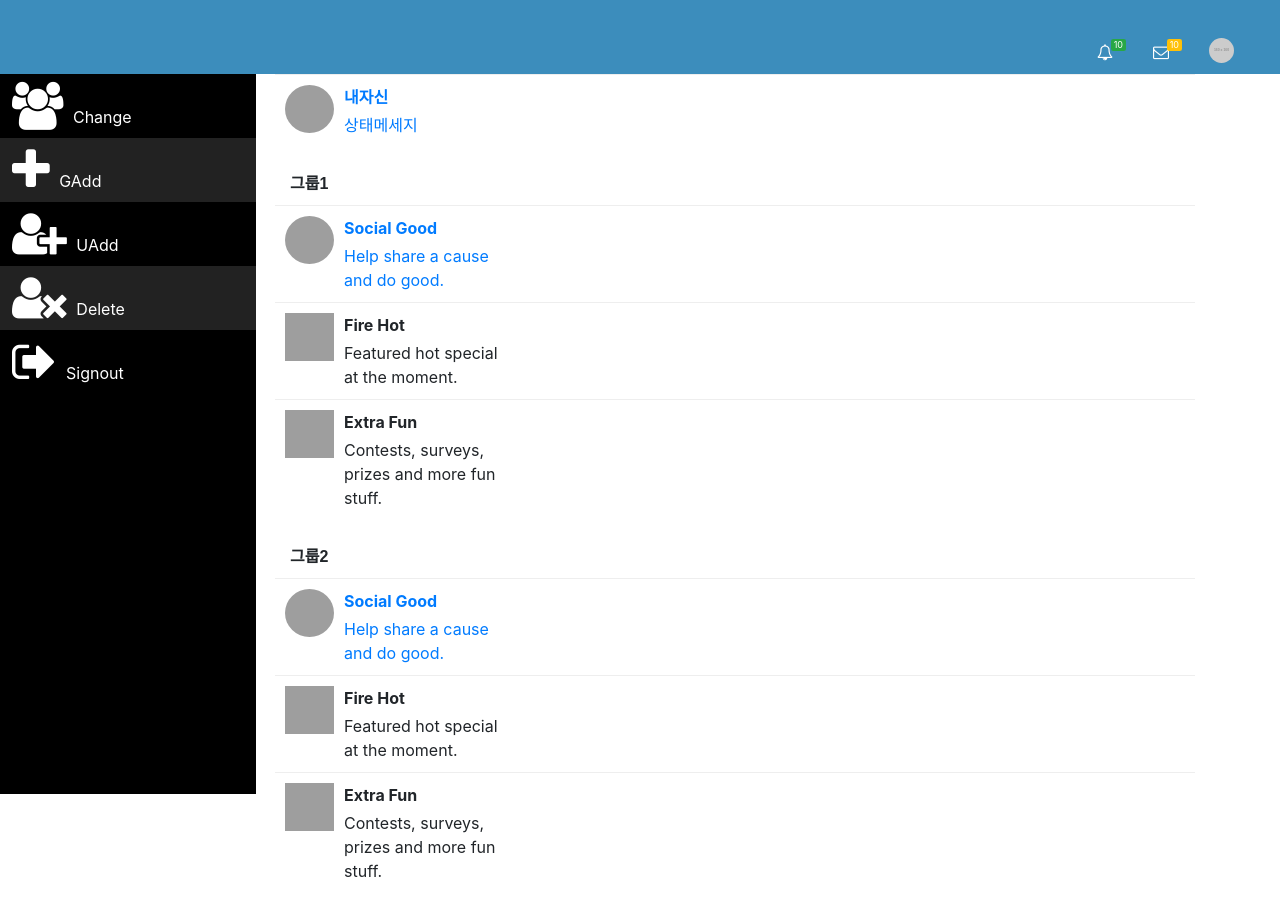
Repository: lukawitch/graduatedchat
Page: http://localhost/Graduated/WEB-INF/views/personal.jsp
The author's editor kept a copy of each file at every save. The page is drawn from the files as they stood at one save, then again after the next save.
The browser window is 1280 px wide. The pictures show the whole page.
Pictures or frames that could not be fetched are drawn as grey boxes. The page is served by Tomcat 9. Nobody is signed in. The template is opened directly, without the code that normally fills it, so the values that code supplies are empty.

Above is the page before, as saved 2019-05-23 03:51:17.

After the next save:
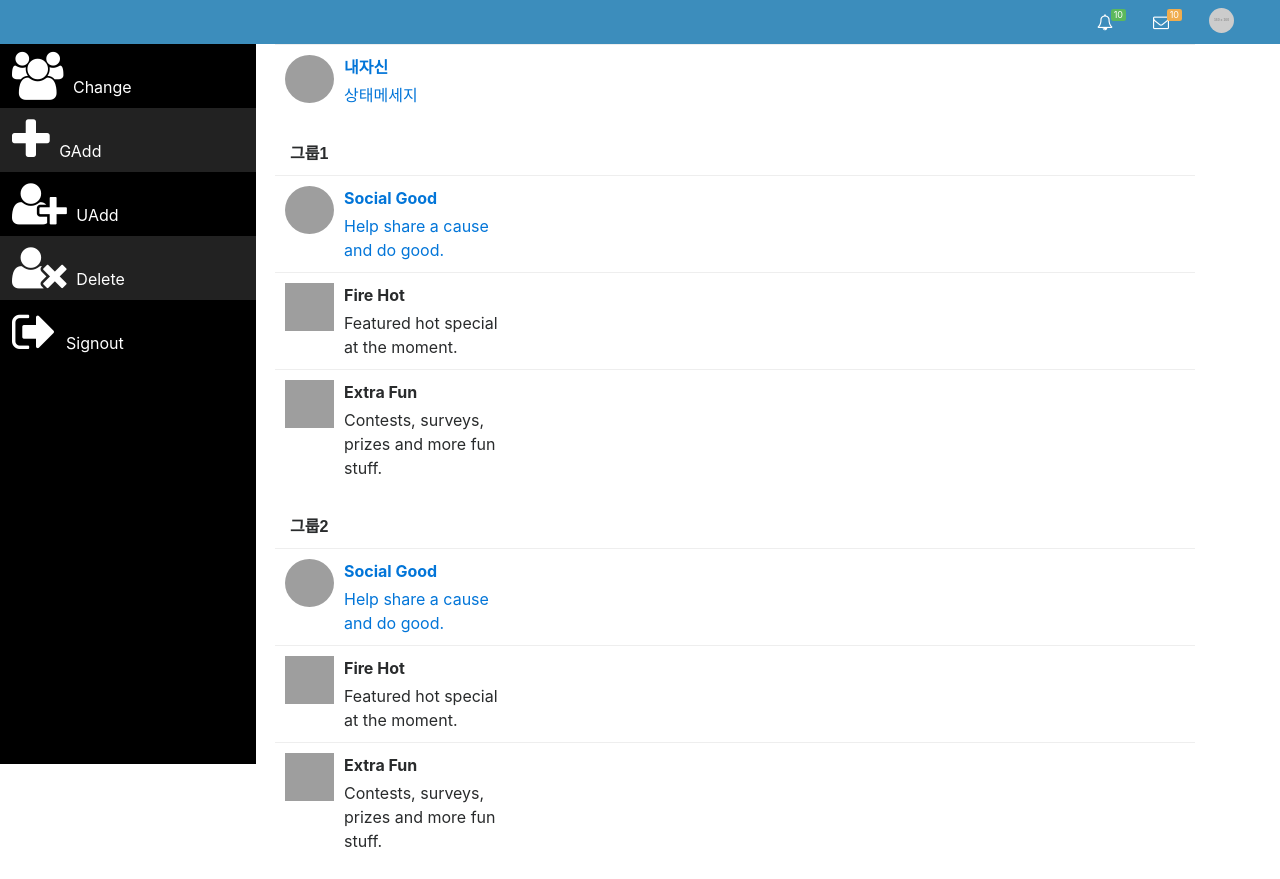
Saved 31 s later.
--- a/Graduated/src/main/webapp/WEB-INF/views/sidebar.jsp
+++ b/Graduated/src/main/webapp/WEB-INF/views/sidebar.jsp
@@ -2,10 +2,6 @@
     pageEncoding="UTF-8"%>
 <!DOCTYPE html>
 <link rel="stylesheet" href="/resources/sidebar.css">
- <meta name="viewport" content="width=device-width, initial-scale=1, shrink-to-fit=no">
-
-    <!-- Bootstrap CSS -->
-    <link rel="stylesheet" href="https://stackpath.bootstrapcdn.com/bootstrap/4.3.1/css/bootstrap.min.css" integrity="sha384-ggOyR0iXCbMQv3Xipma34MD+dH/1fQ784/j6cY/iJTQUOhcWr7x9JvoRxT2MZw1T" crossorigin="anonymous">
 
   <header class="header">
           <nav class="navbar navbar-toggleable-md navbar-light pt-0 pb-0 ">
